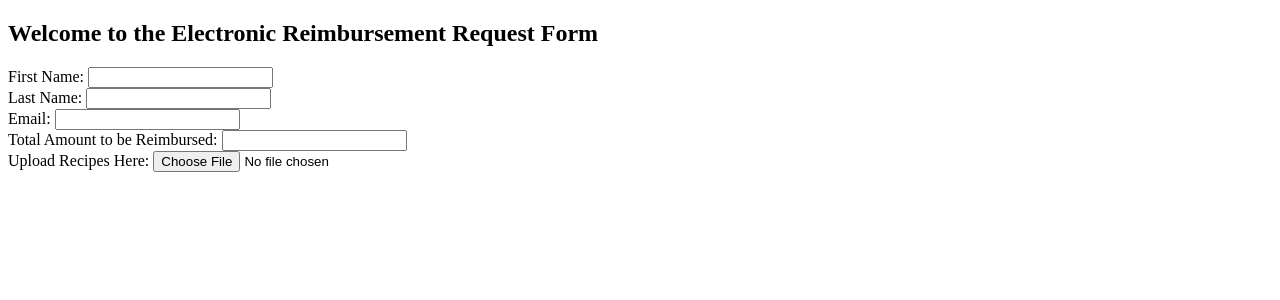
Repository: lharrill01/july_11_current_projects
Page: gres/src/main/java/gres/model/errfwelcome.html
The author's editor kept a copy of each file at every save. The page is drawn from the files as they stood at one save, then again after the next save.
The browser window is 1280 px wide. The pictures show the whole page.

Above is the page before, as saved 2019-07-07 20:57:15.

### gres/src/main/java/gres/model/errfwelcome.html
<!DOCTYPE html>
<html>
<head>
<meta charset="ISO-8859-1">
<title>Welcome to the Electronic Reimbursement Request Form</title>
</head>
<h2>Welcome to the Electronic Reimbursement Request Form</h2>
<div>
<label> First Name: </label>
<input type="text" name="firstName">
</div>
<div>
<label> Last Name: </label>
<input type="text" name="lastName">
</div>
<div>
<label> Email: </label>
<input type="email" name="emailaddress">
</div>
<div>
<label>Total Amount to be Reimbursed: </label>
<input type="text" name="rAmount">
</div>
<div>
<label> Upload Recipes Here: </label>
<input type="file" name="reciepts" accept="image/*">
</div>
<body>



</body>
</html>

After the next save:
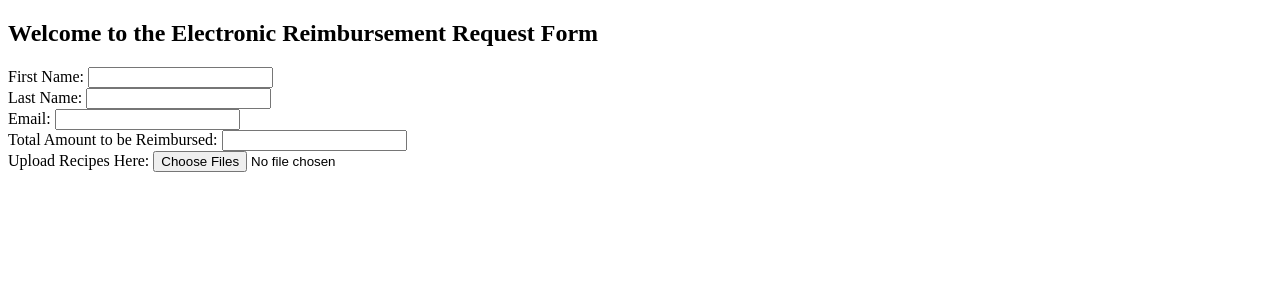
Saved 24 min 38 s later.
--- a/gres/src/main/java/gres/model/errfwelcome.html
+++ b/gres/src/main/java/gres/model/errfwelcome.html
@@ -23,7 +23,7 @@
 </div>
 <div>
 <label> Upload Recipes Here: </label>
-<input type="file" name="reciepts" accept="image/*">
+<input type="file" name="reciepts" accept="image/*" multiple>
 </div>
 <body>
 
